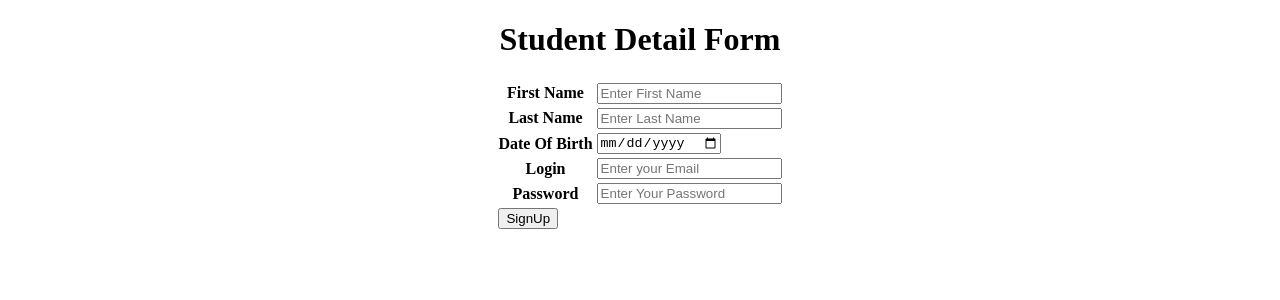
Repository: Abhi070717/Advance-Java
Page: http://localhost/jsp-servlet/UserForm.jsp
The author's editor kept a copy of each file at every save. The page is drawn from the files as they stood at one save, then again after the next save.
The browser window is 1280 px wide. The pictures show the whole page.
The page is served by Tomcat 9.

Above is the page before, as saved 2026-01-21 11:23:27.

After the next save:
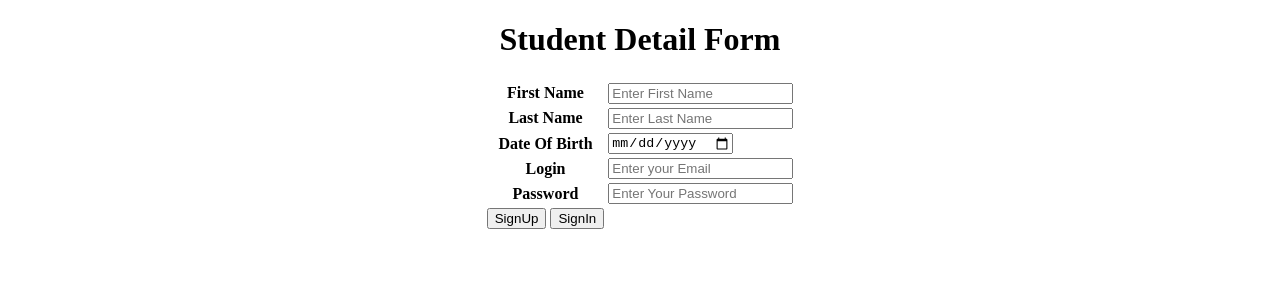
Saved 34 s later.
--- a/Jsp-servlet/jsp-servlet/WebContent/UserForm.jsp
+++ b/Jsp-servlet/jsp-servlet/WebContent/UserForm.jsp
@@ -38,7 +38,7 @@
 						placeholder="Enter Your Password"></td>
 				</tr>
 
-					<td><input type="Submit" name="operation" value="SignUp" <input type="Submit" name="operation" value="SignIn"></td>
+					<td><input type="Submit" name="operation" value="SignUp"> <input type="Submit" name="operation" value="SignIn"></td>
 				</tr>
 			</table>
 
